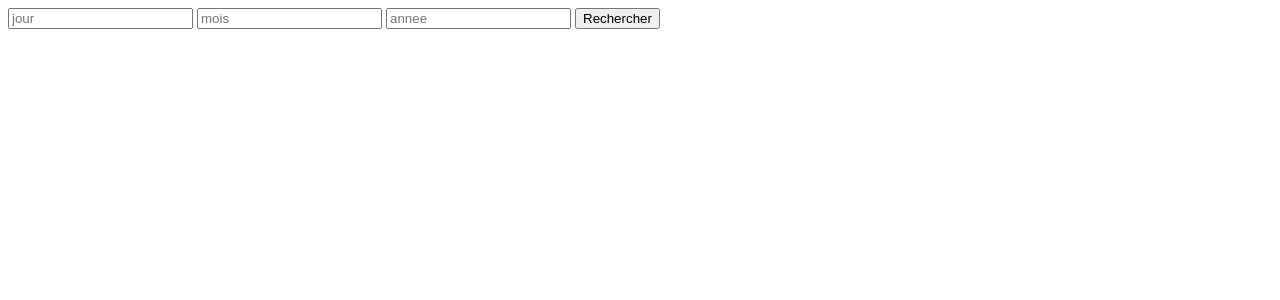
Repository: MiantsaSarindra/S3ExamDec
Page: http://localhost/app/views/benefice.php
These files come from the project's save history. The page is drawn as it stood at one moment and after the next save; the edit follows.
The browser window is 1280 px wide. The pictures show the whole page.
The page is run by PHP 8.4 with error messages shown; the project is at /var/www/html/.

Above is the page before, as saved 2025-12-17 22:08:28.

After the next save:
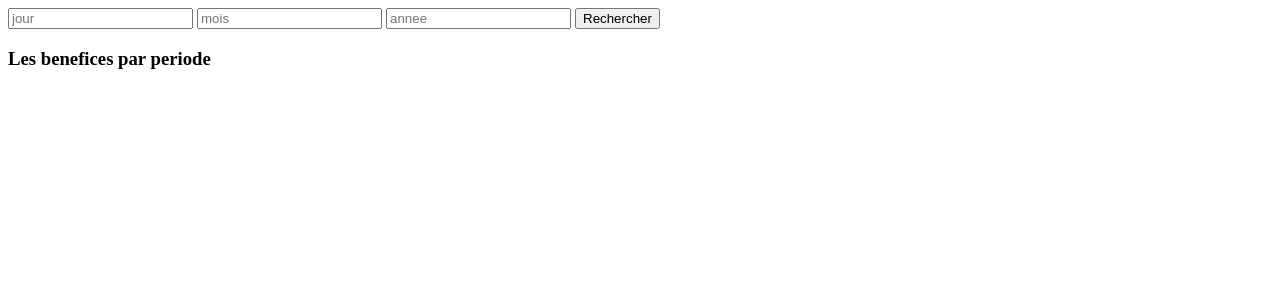
Saved 8 s later.
--- a/app/views/benefice.php
+++ b/app/views/benefice.php
@@ -13,6 +13,6 @@
         <button type="submit">Rechercher</button>
     </form>
 
-    <h3></h3>
+    <h3>Les benefices par periode</h3>
 </body>
 </html>
